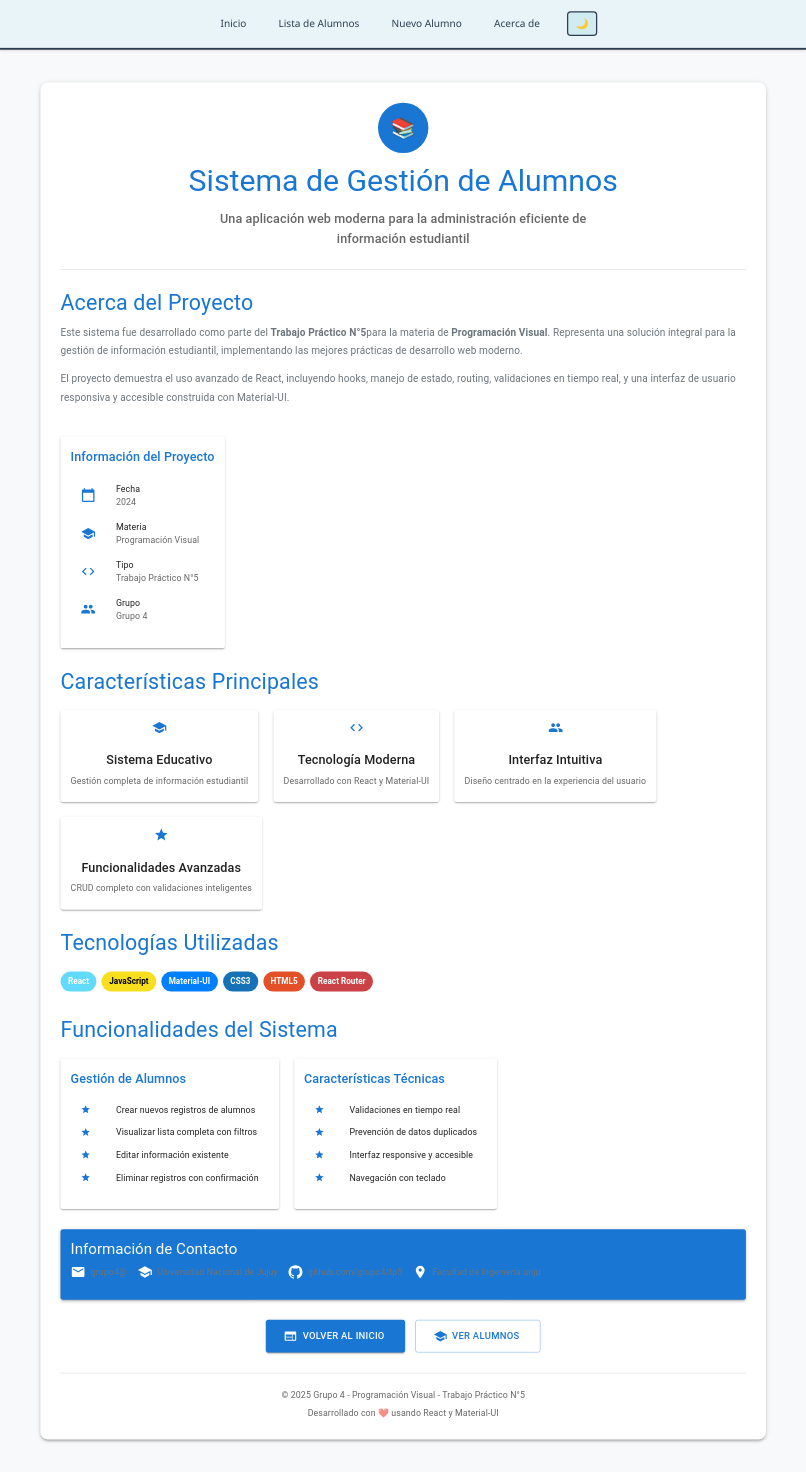
Repository: EduardTr48/pv_tp5_grupo4
Page: /acerca-de
The author's editor kept a copy of each file at every save. The page is drawn from the files as they stood at one save, then again after the next save.
The browser window is 1280 px wide. The pictures show the whole page, at 63% of full size.
The project was rebuilt for these pictures with package versions that can differ from the ones it lists, and the page was loaded fresh each time. Also part of the build but not shown: vite.config.js, src/components/ListaAlumnos.jsx, src/components/DetalleAlumno.jsx, src/components/EliminarAlumno.jsx, src/components/AgregarAlumno.jsx, src/components/EditarAlumno.jsx.

Above is the page before, as saved 2025-06-06 01:03:15.

### src/App.jsx
import { useState } from 'react'
import { BrowserRouter as Router, Routes, Route } from 'react-router-dom';
import NavBar from './components/NavBar.jsx';
import ListaAlumnos from './components/ListaAlumnos.jsx';
import DetalleAlumno from './components/DetalleAlumno.jsx';
import EliminarAlumno from './components/EliminarAlumno.jsx';
import AgregarAlumno from './components/AgregarAlumno.jsx';
import EditarAlumno from './components/EditarAlumno.jsx';
import AcercaDe from './components/AcercaDe.jsx';
import alumnosIniciales from './data/alumnosData.js';

const App = () => {
  const [count, setCount] = useState(0);
  const [alumnos, setAlumnos] = useState(alumnosIniciales);

  // Función para agregar un nuevo alumno
  const agregarAlumno = (nuevoAlumno) => {
    setAlumnos(prevAlumnos => [...prevAlumnos, nuevoAlumno]);
  };

  // Función para actualizar un alumno existente
  const actualizarAlumno = (luOriginal, datosActualizados) => {
    setAlumnos(prevAlumnos =>
      prevAlumnos.map(alumno =>
        alumno.Lu === luOriginal ? { ...datosActualizados } : alumno
      )
    );
  };

  // Función para eliminar un alumno
  const eliminarAlumno = (luAlumno) => {
    setAlumnos(prevAlumnos => prevAlumnos.filter(alumno => alumno.Lu !== luAlumno));
  };

  const HomePage = () => (
    <div className="container">
      <div className="card">
        <h1>Bienvenido al Sistema de Gestión de Alumnos</h1>
        <p>Este sistema te permite administrar la información de los estudiantes de manera eficiente.</p>
        <p>Utiliza el menú de navegación para acceder a las diferentes funcionalidades.</p>
      </div>
    </div>
  );

  return (
    <Router>
      <NavBar />
      <div style={{ padding: '20px' }}>
        <Routes>
          <Route path="/" element={<HomePage />} />
          <Route path="/alumnos" element={<ListaAlumnos alumnos={alumnos} onEliminarAlumno={eliminarAlumno} />} />
          <Route path="/alumnos/nuevo" element={<AgregarAlumno onAgregarAlumno={agregarAlumno} alumnos={alumnos} />} />
          <Route path="/alumnos/:id" element={<DetalleAlumno alumnos={alumnos} />} />
          <Route path="/alumnos/:id/editar" element={<EditarAlumno alumnos={alumnos} onActualizarAlumno={actualizarAlumno} />} />
          <Route path="/alumnos/:id/eliminar" element={<EliminarAlumno alumnos={alumnos} onEliminarAlumno={eliminarAlumno} />} />
          <Route path="/acerca-de" element={<AcercaDe />} />
        </Routes>
      </div>
    </Router>
  );
};

export default App

### src/components/NavBar.jsx
import React, { useState, useEffect } from 'react';
import { Link } from 'react-router-dom';

const NavBar = () => {
  const [isDarkMode, setIsDarkMode] = useState(false);

  // Evento sintético onClick para toggle del tema
  const handleThemeToggle = () => {
    setIsDarkMode(prevMode => !prevMode);
  };

  // Uso de evento nativo con addEventListener en useEffect
  useEffect(() => {
    // Evento nativo para detectar teclas (ejemplo: 'T' para toggle tema)
    const handleKeyPress = (event) => {
      if (event.key === 't' || event.key === 'T') {
        setIsDarkMode(prevMode => !prevMode);
      }
    };

    // Agregar event listener nativo
    document.addEventListener('keydown', handleKeyPress);

    // Cleanup del event listener
    return () => {
      document.removeEventListener('keydown', handleKeyPress);
    };
  }, []);

  // Aplicar el tema al documento
  useEffect(() => {
    document.documentElement.setAttribute('data-theme', isDarkMode ? 'dark' : 'light');
  }, [isDarkMode]);

  return (
    <nav>
      <Link to="/">Inicio</Link>
      <Link to="/alumnos">Lista de Alumnos</Link>
      <Link to="/alumnos/nuevo">Nuevo Alumno</Link>
      <Link to="/acerca-de">Acerca de</Link>

      {/* Botón toggle tema - evento onClick sintético */}
      <button
        className="theme-toggle-nav"
        onClick={handleThemeToggle}
        title="Cambiar tema (o presiona T)"
      >
        {isDarkMode ? '☀️' : '🌙'}
      </button>
    </nav>
  );
};

export default NavBar;

### src/components/AcercaDe.jsx
import React from 'react';
import {
  Container,
  Paper,
  Typography,
  Box,
  Grid,
  Card,
  CardContent,
  Avatar,
  Chip,
  Divider,
  List,
  ListItem,
  ListItemIcon,
  ListItemText,
  Button,
  Stack
} from '@mui/material';
import {
  School as SchoolIcon,
  Code as CodeIcon,
  Group as GroupIcon,
  Star as StarIcon,
  GitHub as GitHubIcon,
  Web as WebIcon,
  Email as EmailIcon,
  Phone as PhoneIcon,
  LocationOn as LocationIcon,
  CalendarToday as CalendarIcon
} from '@mui/icons-material';
import { useNavigate } from 'react-router-dom';

const AcercaDe = () => {
  const navigate = useNavigate();

  const handleVolver = () => {
    navigate('/');
  };

  const tecnologias = [
    { nombre: 'React', color: '#61DAFB' },
    { nombre: 'JavaScript', color: '#F7DF1E' },
    { nombre: 'Material-UI', color: '#007FFF' },
    { nombre: 'CSS3', color: '#1572B6' },
    { nombre: 'HTML5', color: '#E34F26' },
    { nombre: 'React Router', color: '#CA4245' }
  ];

  const caracteristicas = [
    {
      icon: <SchoolIcon color="primary" />,
      titulo: 'Sistema Educativo',
      descripcion: 'Gestión completa de información estudiantil'
    },
    {
      icon: <CodeIcon color="primary" />,
      titulo: 'Tecnología Moderna',
      descripcion: 'Desarrollado con React y Material-UI'
    },
    {
      icon: <GroupIcon color="primary" />,
      titulo: 'Interfaz Intuitiva',
      descripcion: 'Diseño centrado en la experiencia del usuario'
    },
    {
      icon: <StarIcon color="primary" />,
      titulo: 'Funcionalidades Avanzadas',
      descripcion: 'CRUD completo con validaciones inteligentes'
    }
  ];

  return (
    <Container maxWidth="lg" sx={{ py: 4 }}>
      <Paper elevation={3} sx={{ p: 4, borderRadius: 3 }}>
        {/* Header */}
        <Box textAlign="center" mb={4}>
          <Avatar
            sx={{
              width: 80,
              height: 80,
              mx: 'auto',
              mb: 2,
              bgcolor: 'primary.main',
              fontSize: '2rem'
            }}
          >
            📚
          </Avatar>
          <Typography variant="h3" component="h1" gutterBottom color="primary">
            Sistema de Gestión de Alumnos
          </Typography>
          <Typography variant="h6" color="text.secondary" maxWidth="600px" mx="auto">
            Una aplicación web moderna para la administración eficiente de información estudiantil
          </Typography>
        </Box>

        <Divider sx={{ my: 4 }} />

        {/* Información del Proyecto */}
        <Grid container spacing={4} mb={4}>
          <Grid item xs={12} md={8}>
            <Typography variant="h4" gutterBottom color="primary">
              Acerca del Proyecto
            </Typography>
            <Typography variant="body1" paragraph sx={{ lineHeight: 1.8 }}>
              Este sistema fue desarrollado como parte del <strong>Trabajo Práctico N°5</strong>
              para la materia de <strong>Programación Visual</strong>. Representa una solución
              integral para la gestión de información estudiantil, implementando las mejores
              prácticas de desarrollo web moderno.
            </Typography>
            <Typography variant="body1" paragraph sx={{ lineHeight: 1.8 }}>
              El proyecto demuestra el uso avanzado de React, incluyendo hooks, manejo de estado,
              routing, validaciones en tiempo real, y una interfaz de usuario responsiva y accesible
              construida con Material-UI.
            </Typography>
          </Grid>
          <Grid item xs={12} md={4}>
            <Card elevation={2} sx={{ height: '100%' }}>
              <CardContent>
                <Typography variant="h6" gutterBottom color="primary">
                  Información del Proyecto
                </Typography>
                <List dense>
                  <ListItem>
                    <ListItemIcon>
                      <CalendarIcon color="primary" />
                    </ListItemIcon>
                    <ListItemText primary="Fecha" secondary="2024" />
                  </ListItem>
                  <ListItem>
                    <ListItemIcon>
                      <SchoolIcon color="primary" />
                    </ListItemIcon>
                    <ListItemText primary="Materia" secondary="Programación Visual" />
                  </ListItem>
                  <ListItem>
                    <ListItemIcon>
                      <CodeIcon color="primary" />
                    </ListItemIcon>
                    <ListItemText primary="Tipo" secondary="Trabajo Práctico N°5" />
                  </ListItem>
                  <ListItem>
                    <ListItemIcon>
                      <GroupIcon color="primary" />
                    </ListItemIcon>
                    <ListItemText primary="Grupo" secondary="Grupo 4" />
                  </ListItem>
                </List>
              </CardContent>
            </Card>
          </Grid>
        </Grid>

        {/* Características */}
        <Typography variant="h4" gutterBottom color="primary" mb={3}>
          Características Principales
        </Typography>
        <Grid container spacing={3} mb={4}>
          {caracteristicas.map((caracteristica, index) => (
            <Grid item xs={12} sm={6} md={3} key={index}>
              <Card
                elevation={2}
                sx={{
                  height: '100%',
                  transition: 'transform 0.2s, box-shadow 0.2s',
                  '&:hover': {
                    transform: 'translateY(-4px)',
                    boxShadow: 4
                  }
                }}
              >
                <CardContent sx={{ textAlign: 'center' }}>
                  <Box mb={2}>
                    {caracteristica.icon}
                  </Box>
                  <Typography variant="h6" gutterBottom>
                    {caracteristica.titulo}
                  </Typography>
                  <Typography variant="body2" color="text.secondary">
                    {caracteristica.descripcion}
                  </Typography>
                </CardContent>
              </Card>
            </Grid>
          ))}
        </Grid>

        {/* Tecnologías */}
        <Typography variant="h4" gutterBottom color="primary" mb={3}>
          Tecnologías Utilizadas
        </Typography>
        <Box mb={4}>
          <Stack direction="row" spacing={1} flexWrap="wrap" useFlexGap>
            {tecnologias.map((tech, index) => (
              <Chip
                key={index}
                label={tech.nombre}
                sx={{
                  bgcolor: tech.color,
                  color: tech.nombre === 'JavaScript' ? '#000' : '#fff',
                  fontWeight: 'bold',
                  mb: 1
                }}
              />
            ))}
          </Stack>
        </Box>

        {/* Funcionalidades */}
        <Typography variant="h4" gutterBottom color="primary" mb={3}>
          Funcionalidades del Sistema
        </Typography>
        <Grid container spacing={3} mb={4}>
          <Grid item xs={12} md={6}>
            <Card elevation={2}>
              <CardContent>
                <Typography variant="h6" gutterBottom color="primary">
                  Gestión de Alumnos
                </Typography>
                <List dense>
                  <ListItem>
                    <ListItemIcon>
                      <StarIcon color="primary" sx={{ fontSize: 16 }} />
                    </ListItemIcon>
                    <ListItemText primary="Crear nuevos registros de alumnos" />
                  </ListItem>
                  <ListItem>
                    <ListItemIcon>
                      <StarIcon color="primary" sx={{ fontSize: 16 }} />
                    </ListItemIcon>
                    <ListItemText primary="Visualizar lista completa con filtros" />
                  </ListItem>
                  <ListItem>
                    <ListItemIcon>
                      <StarIcon color="primary" sx={{ fontSize: 16 }} />
                    </ListItemIcon>
                    <ListItemText primary="Editar información existente" />
                  </ListItem>
                  <ListItem>
                    <ListItemIcon>
                      <StarIcon color="primary" sx={{ fontSize: 16 }} />
                    </ListItemIcon>
                    <ListItemText primary="Eliminar registros con confirmación" />
                  </ListItem>
                </List>
              </CardContent>
            </Card>
          </Grid>
          <Grid item xs={12} md={6}>
            <Card elevation={2}>
              <CardContent>
                <Typography variant="h6" gutterBottom color="primary">
                  Características Técnicas
                </Typography>
                <List dense>
                  <ListItem>
                    <ListItemIcon>
                      <StarIcon color="primary" sx={{ fontSize: 16 }} />
                    </ListItemIcon>
                    <ListItemText primary="Validaciones en tiempo real" />
                  </ListItem>
                  <ListItem>
                    <ListItemIcon>
                      <StarIcon color="primary" sx={{ fontSize: 16 }} />
                    </ListItemIcon>
                    <ListItemText primary="Prevención de datos duplicados" />
                  </ListItem>
                  <ListItem>
                    <ListItemIcon>
                      <StarIcon color="primary" sx={{ fontSize: 16 }} />
                    </ListItemIcon>
                    <ListItemText primary="Interfaz responsive y accesible" />
                  </ListItem>
                  <ListItem>
                    <ListItemIcon>
                      <StarIcon color="primary" sx={{ fontSize: 16 }} />
                    </ListItemIcon>
                    <ListItemText primary="Navegación con teclado" />
                  </ListItem>
                </List>
              </CardContent>
            </Card>
          </Grid>
        </Grid>

        {/* Contacto */}
        <Card elevation={3} sx={{ bgcolor: 'primary.main', color: 'white', mb: 4 }}>
          <CardContent>
            <Typography variant="h5" gutterBottom>
              Información de Contacto
            </Typography>
            <Grid container spacing={2}>
              <Grid item xs={12} sm={6}>
                <Box display="flex" alignItems="center" mb={1}>
                  <EmailIcon sx={{ mr: 1 }} />
                  <Typography variant="body2">
                    grupo4@
                  </Typography>
                </Box>
              </Grid>
              <Grid item xs={12} sm={6}>
                <Box display="flex" alignItems="center" mb={1}>
                  <SchoolIcon sx={{ mr: 1 }} />
                  <Typography variant="body2">
                    Universidad Nacional de Jujuy
                  </Typography>
                </Box>
              </Grid>
              <Grid item xs={12} sm={6}>
                <Box display="flex" alignItems="center" mb={1}>
                  <GitHubIcon sx={{ mr: 1 }} />
                  <Typography variant="body2">
                    github.com/grupo4/tp5
                  </Typography>
                </Box>
              </Grid>
              <Grid item xs={12} sm={6}>
                <Box display="flex" alignItems="center" mb={1}>
                  <LocationIcon sx={{ mr: 1 }} />
                  <Typography variant="body2">
                    Facultad de Ingeniería unju
                  </Typography>
                </Box>
              </Grid>
            </Grid>
          </CardContent>
        </Card>

        {/* Botones de acción */}
        <Box textAlign="center">
          <Stack direction="row" spacing={2} justifyContent="center">
            <Button
              variant="contained"
              size="large"
              onClick={handleVolver}
              startIcon={<WebIcon />}
              sx={{ px: 4, py: 1.5 }}
            >
              Volver al Inicio
            </Button>
            <Button
              variant="outlined"
              size="large"
              onClick={() => navigate('/alumnos')}
              startIcon={<SchoolIcon />}
              sx={{ px: 4, py: 1.5 }}
            >
              Ver Alumnos
            </Button>
          </Stack>
        </Box>

        {/* Footer */}
        <Box textAlign="center" mt={4} pt={3} borderTop={1} borderColor="divider">
          <Typography variant="body2" color="text.secondary">
            © 2025 Grupo 4 - Programación Visual - Trabajo Práctico N°5
          </Typography>
          <Typography variant="body2" color="text.secondary" mt={1}>
            Desarrollado con ❤️ usando React y Material-UI
          </Typography>
        </Box>
      </Paper>
    </Container>
  );
};

export default AcercaDe;

Loaded but not shown: index.html (common file); src/main.jsx (common file); src/data/alumnosData.js (23 lines, source omitted); src/index.css (1446 lines, source omitted)

After the next save:
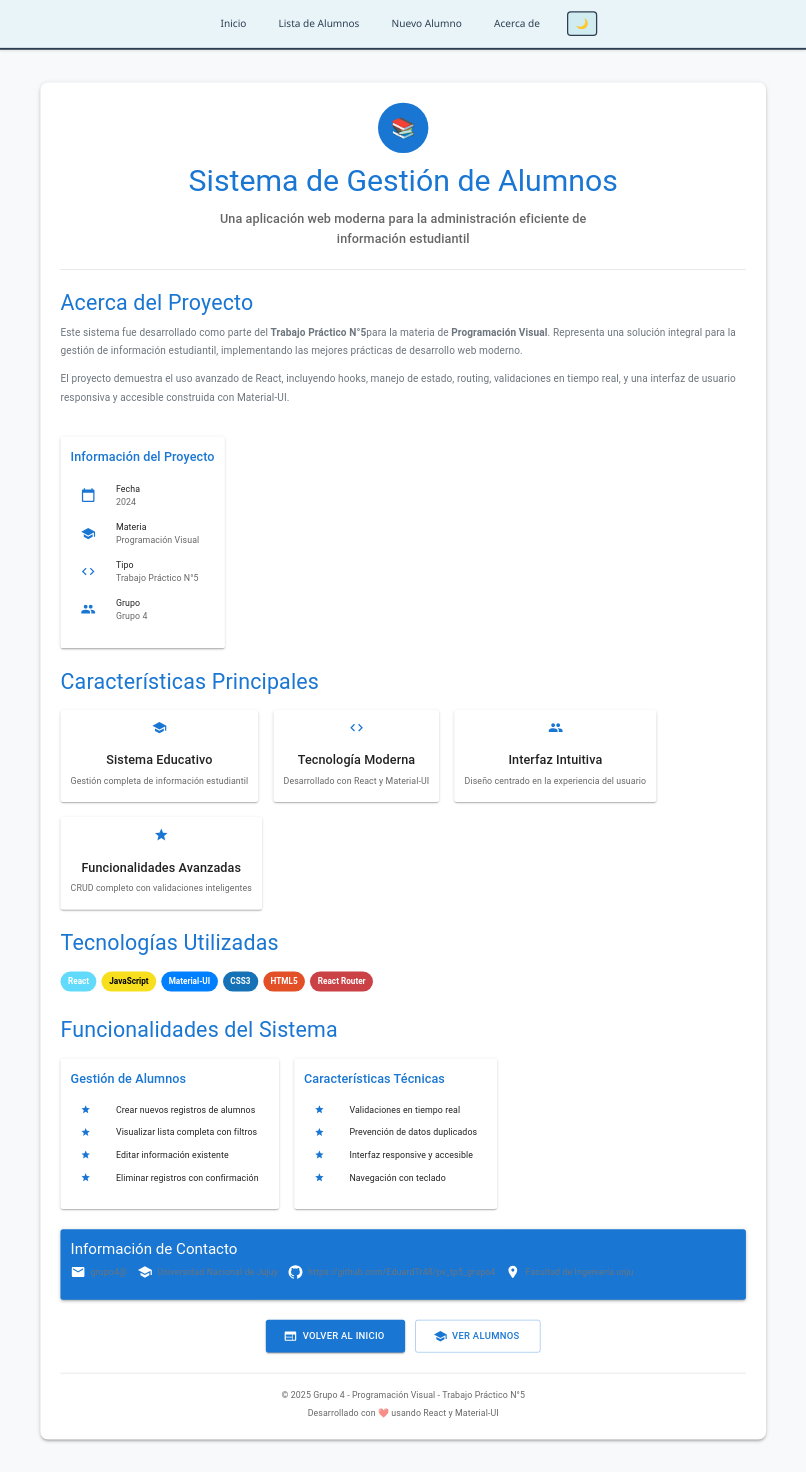
Saved 25 s later.
--- a/src/components/AcercaDe.jsx
+++ b/src/components/AcercaDe.jsx
@@ -311,7 +311,7 @@ const AcercaDe = () => {
                 <Box display="flex" alignItems="center" mb={1}>
                   <GitHubIcon sx={{ mr: 1 }} />
                   <Typography variant="body2">
-                    github.com/grupo4/tp5
+                  https://github.com/EduardTr48/pv_tp5_grupo4
                   </Typography>
                 </Box>
               </Grid>
